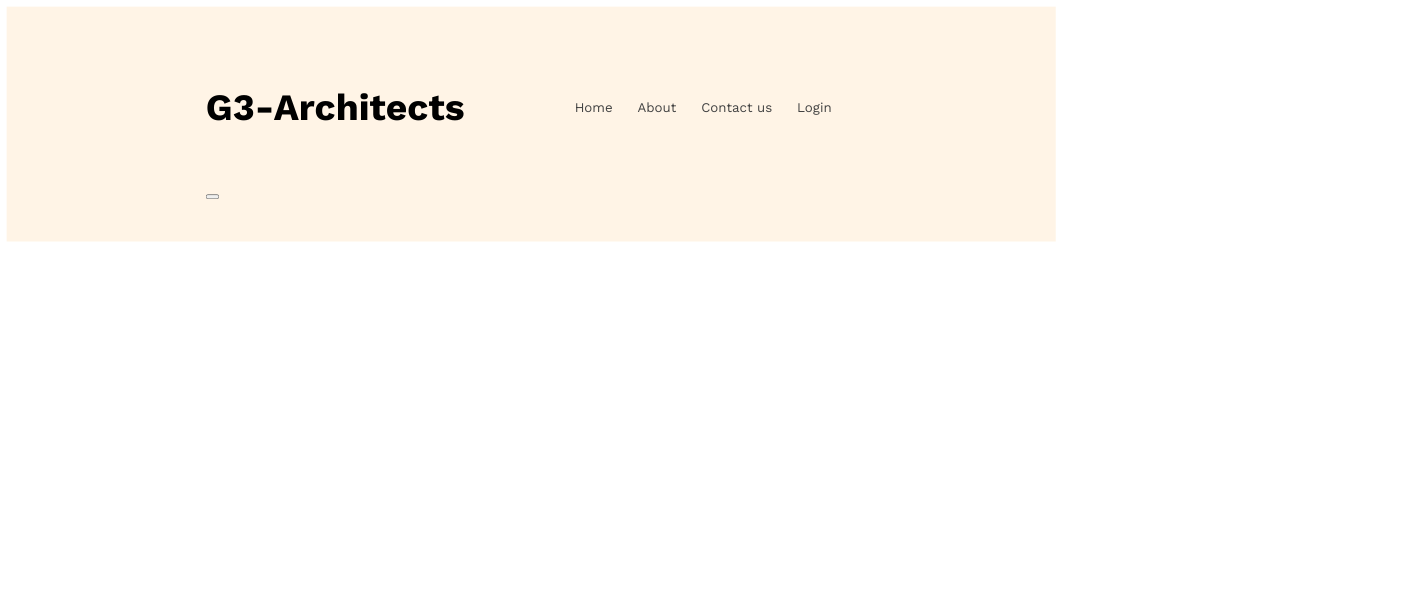
Repository: RudrasahaDibos/architects-resources
Page: index.html
These files come from the project's save history. The page is drawn as it stood at one moment and after a run of saves; the edit follows.
The browser window is 1280 px wide. The page is 1280 px wide, then 1688 px, so the pictures cover 1688 px, including what lies to the right of the window. The pictures show the whole page, at 83% of full size.

Above is the page before, as saved 2024-10-06 16:36:08.

### index.html
<!DOCTYPE html>
<html lang="en">
<head>
    <meta charset="UTF-8">
    <meta name="viewport" content="width=device-width, initial-scale=1.0">
    <link rel="stylesheet" href="index.css">
    <title>Responsive web side</title>
</head>
<body>
       <header>
              <nav>
                <h3 class="nav-title">G3-Architects</h3>
              <ul>
                 <li><a href="">Home</a></li>
                 <li><a href="">About</a></li>
                 <li><a href="">Contact us</a></li>
                 <li><a href="">Login</a></li>
              </ul>
              </nav>
             <div>
                 <h1></h1>
                 <p></p>
                 <button></button>
                 <img src="" alt="">
             </div>

       </header>
       <main>

       </main>
       <footer>

       </footer>
</body>
</html>

### index.css
@import url('https://fonts.googleapis.com/css2?family=Work+Sans:ital,wght@0,100..900;1,100..900&display=swap');

*{
    font-family: "Lato", sans-serif;
    font-family: "Open Sans", sans-serif;
    font-family: "Work sans", sans-serif;


}
header{
    background-color: rgba(255,144,14,0.10);
    padding: 50px 240px;

}
.nav-title{
    font-size: 2.8rem;
    font-weight: 700px;
}
nav{
    display: flex;
    justify-content: space-between;
    align-items: center;
}
nav >ul{
    display: flex;
}
nav li{
    list-style: none;
    margin-right: 30px;
    font-weight: 500px;
    font-size: 1rem;
}
 nav li a{
    text-decoration: none;
    color: #424242;
 }

After the next 3 saves:
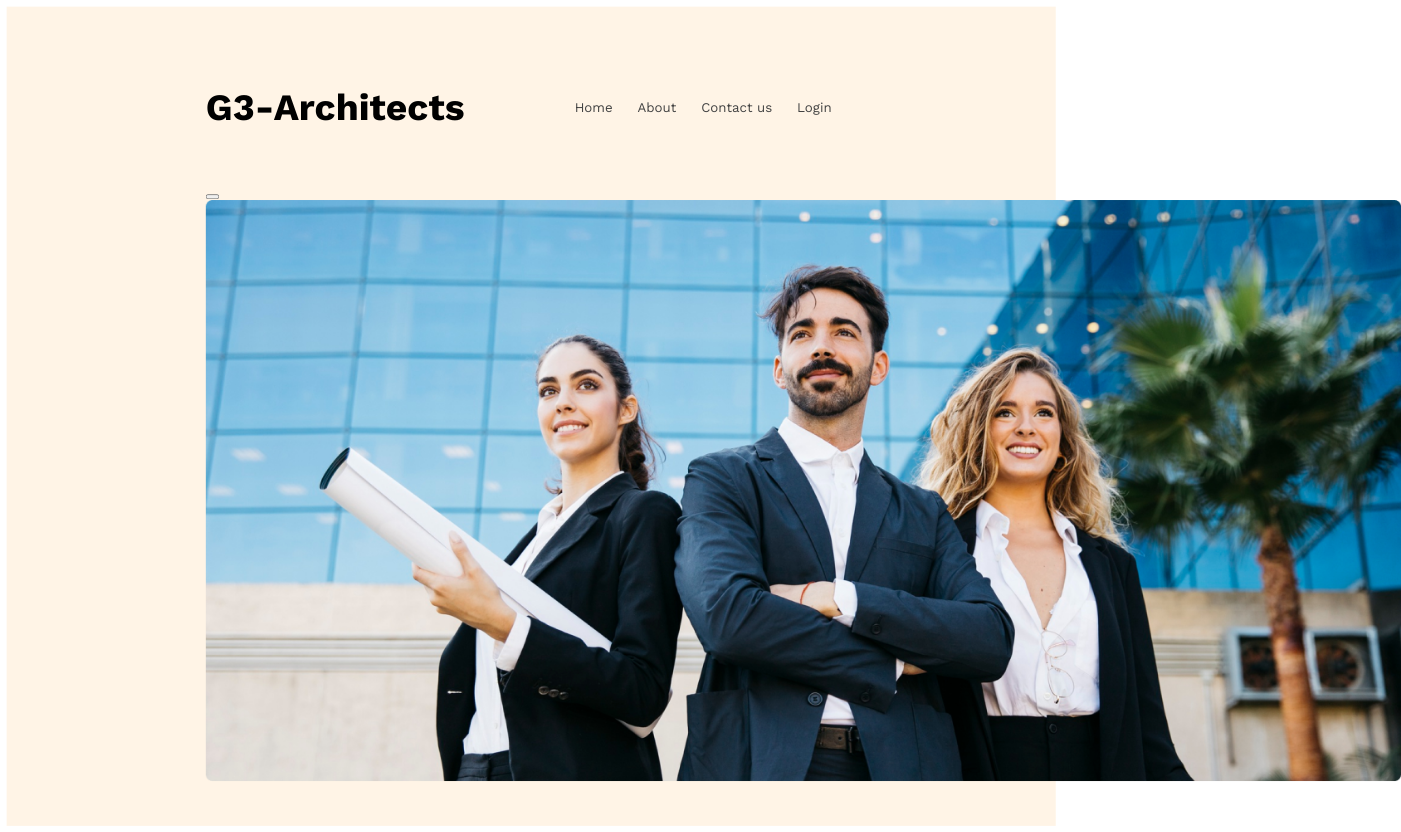
The 3 saves are shown as one change because they came seconds apart.
The last was saved 21 s later.
--- a/index.html
+++ b/index.html
@@ -21,7 +21,7 @@
                  <h1></h1>
                  <p></p>
                  <button></button>
-                 <img src="" alt="">
+                 <img src="images/banner.png" alt="">
              </div>
 
        </header>
